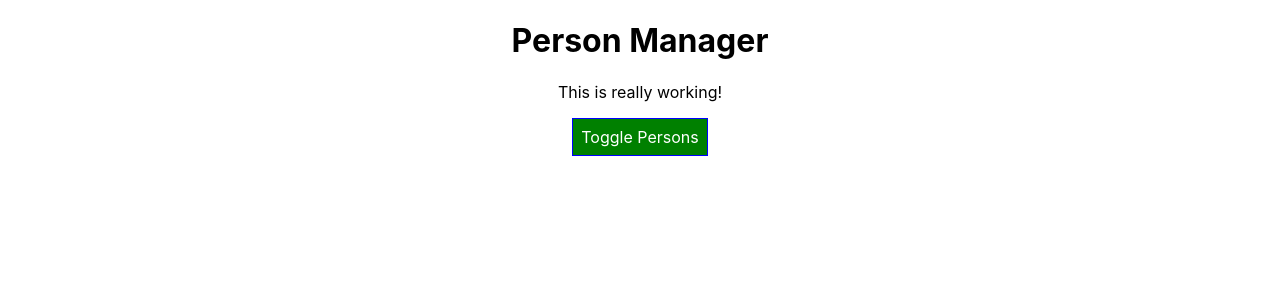
Repository: AidanHak/udemy-react-guide
Page: /
These files come from the project's save history. The page is drawn as it stood at one moment and after the next save; the edit follows.
The browser window is 1280 px wide. The pictures show the whole page.
The project was rebuilt for these pictures with package versions that can differ from the ones it lists, and the page was loaded fresh each time. Also part of the build but not shown: src/components/Persons/Person/Person.module.css, src/components/Persons/Person/Person.js, src/components/ErrorBoundary/ErrorBoundary.js, src/components/Persons/Persons.js.

Above is the page before, as saved 2021-02-28 12:28:07.

### src/index.js
import React from 'react';
import ReactDOM from 'react-dom';
import './index.css';
import App from './containers/App';
import reportWebVitals from './reportWebVitals';

ReactDOM.render(
  <React.StrictMode>
    <App appTitle="Person Manager" />
  </React.StrictMode>,
  document.getElementById('root')
);

// If you want to start measuring performance in your app, pass a function
// to log results (for example: reportWebVitals(console.log))
// or send to an analytics endpoint. Learn more: https://bit.ly/CRA-vitals
reportWebVitals();

### src/containers/App.js
import React, { Component } from 'react';
import styles from './App.module.css';
import Persons from '../components/Persons/Persons';
import Cockpit from '../components/Cockpit/Cockpit';

class App extends Component {
	constructor(props) {
		super(props);
		console.log('[App.js] constructor');
	}

	state = {
		persons: [
			{ id: 'sfsdkf', name: 'Max', age: 28},
			{ id: 'kdlsd', name: 'Manu', age: 20}
		],
		showPersons: false
	}

	static getDerivedStateFromProps(props, state) {
		console.log('[App.js] getDerivedStateFromProps', props);
		return state;
	}

	componentDidMount() {
		console.log('[App.js] componentDidMount');
	}

	shouldComponentUpdate(nextProps, nextState) {
		console.log('[App.js] shouldComponentUpdate');
		return true;
	}

	componentDidUpdate() {
		console.log('[App.js] componentDidUpdate');
	}

	nameChangedHandler = (event, id) => {
		const personIndex = this.state.persons.findIndex(p => {
			return p.id === id;
		});

		const person = {
			...this.state.persons[personIndex]
		};

		person.name = event.target.value;

		const persons = [...this.state.persons];
		persons[personIndex] = person;

		this.setState({
			persons: persons
		})
	}

	deletePersonHandler = (personIndex) => {
		const persons = [...this.state.persons];
		persons.splice(personIndex, 1);
		this.setState({
			persons: persons
		})
	}

	togglePersonsHandler = () => {
		const doesShow = this.state.showPersons;
		this.setState({
			showPersons: !doesShow
		})
	}

	render() {
		console.log('[App.js] render');
		let persons = null;

		if (this.state.showPersons) {
			persons = <Persons
				persons={this.state.persons}
				clicked={this.deletePersonHandler}
				changed={this.nameChangedHandler} />;
		}

		return (
			<div className={styles.App}>
				<Cockpit
					title={this.props.appTitle}
					showPersons={this.state.showPersons}
					persons={this.state.persons}
					clicked={this.togglePersonsHandler} />
				{persons}
			</div>
		);
	}
}

export default App;

### src/components/Cockpit/Cockpit.js
import React, { useEffect } from 'react';
import styles from './Cockpit.module.css';

const Cockpit = (props) => {
	// useEffect can be used more than once (with different dependencies)
	useEffect(() => {
		console.log('[Cockpit.js] useEffect');

		// Imitate an HTTP request
		setTimeout(() => {
			alert('Saved data to the cloud!');
		}, 1000);

		return () => {
			console.log('[Cockpit.js] cleanup work in useEffect');
		}
	}, []); // useEffect only executes when props.persons changes

	const assignedClasses = [];
	let btnClass = '';
	if (props.showPersons) {
		btnClass = styles.Red;
	}

	if (props.persons.length <= 1) {
		assignedClasses.push(styles.red);
	}
	if (props.persons.length === 0) {
		assignedClasses.push(styles.bold);
	}

	return (
		<div className={styles.Cockpit}>
			<h1>{props.title}</h1>
			<p className={assignedClasses.join(' ')}>This is really working!</p>
			<button
				//style={style}
				//altStyle={this.state.showPersons}
				className={btnClass}
				onClick={props.clicked}>Toggle Persons
			</button>
		</div>
	);
};

export default Cockpit;

### src/components/Cockpit/Cockpit.module.css
.red {
	color: red;
}

.bold {
	font-weight: bold;
}

.Cockpit button {
	background-color:green;
	color:white;
	font:inherit;
	border:1px solid blue;
	padding:8px;
	cursor:pointer;
}

.Cockpit button:hover {
	background-color:lightgreen;
	color:black;
}

.Cockpit button.Red {
	background-color:red;
}

.Cockpit button.Red:hover {
	background-color:salmon;
}

Loaded but not shown: public/index.html (common file); src/index.css (common file); src/reportWebVitals.js (common file); src/containers/App.module.css (common file)

After the next save:
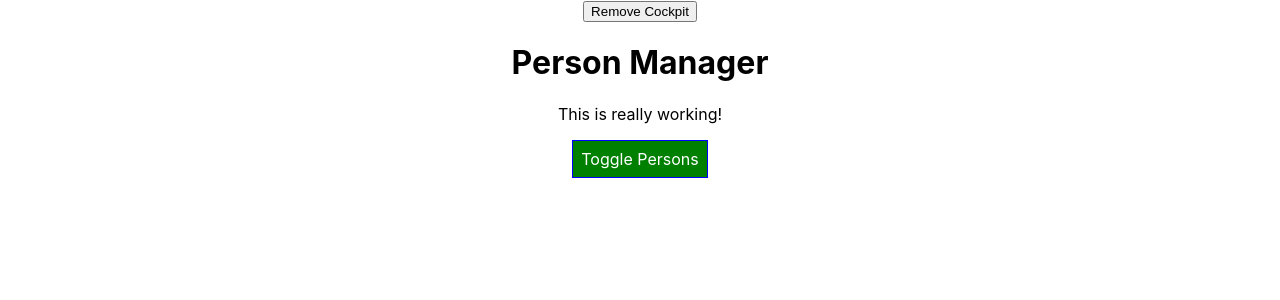
Saved 13 s later.
--- a/src/containers/App.js
+++ b/src/containers/App.js
@@ -82,6 +82,7 @@ class App extends Component {
 
 		return (
 			<div className={styles.App}>
+				<button>Remove Cockpit</button>
 				<Cockpit
 					title={this.props.appTitle}
 					showPersons={this.state.showPersons}
